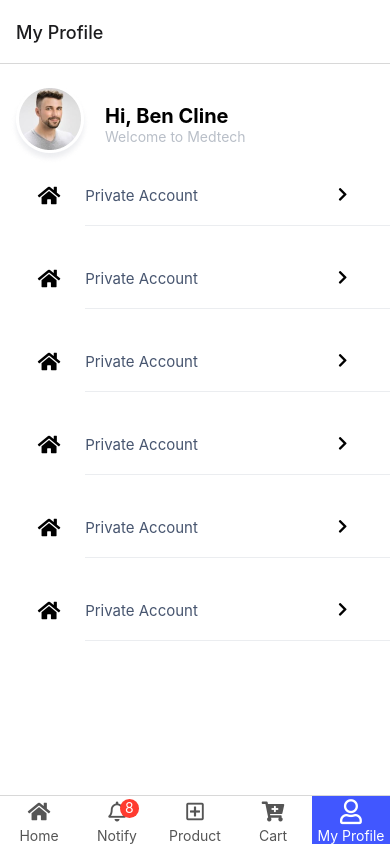
Repository: ntu34543/designReactNative
Screen: /My Profile
These files come from the project's save history. The screen is drawn as it stood at one moment and after the next save; the edit follows.
The app was drawn by React Native's web renderer in a window 390 px wide. The project was rebuilt for these pictures with package versions that can differ from the ones it lists, and the page was loaded fresh each time. Also part of the build but not shown: page/DiabetesCare.js, page/Notify.js, page/Cart.js.

Above is the screen before, as saved 2022-11-02 10:57:06.

### App.js
import { StatusBar } from "expo-status-bar";
import { StyleSheet, Text, View, Pressable, TabBarIOSItem } from "react-native";
import { NavigationContainer } from "@react-navigation/native";
import { createStackNavigator } from "@react-navigation/stack";
import ScreenA from "./page/Home";
import ScreenB from "./page/DiabetesCare";
import Profile from "./page/Profile";
import Notify from "./page/Notify";
import Cart from "./page/Cart";
import FontAwesome5 from "react-native-vector-icons/FontAwesome5";
import { createBottomTabNavigator } from "@react-navigation/bottom-tabs";

const Tab = createBottomTabNavigator();
const Stack = createStackNavigator();
// const Tab = createStackNavigator();
export default function App() {
  return (
    <NavigationContainer>
      <Tab.Navigator
        // screenOptions={{ header: () => null }}
        screenOptions={({ route }) => ({
          tabBarIcon: ({ focused, size, color }) => {
            let iconName;
            if (route.name === "Home") {
              iconName = "home";
              size = focused ? 25 : 20;
              // color = focused ? "#f0f" : "#555";
            } else if (route.name === "Product") {
              iconName = "plus-square";
              size = focused ? 25 : 20;
              // color = focused ? "#f0f" : "#555";
            } else if (route.name === "My Profile") {
              iconName = "user";
              size = focused ? 25 : 20;
              // color = focused ? "#f0f" : "#555";
            } else if (route.name === "Notify") {
              iconName = "bell";
              size = focused ? 25 : 20;
              // color = focused ? "#f0f" : "#555";
            } else if (route.name === "Cart") {
              iconName = "cart-plus";
              size = focused ? 25 : 20;
              // color = focused ? "#f0f" : "#555";
            }
            return <FontAwesome5 name={iconName} size={size} color={color} />;
          },
        })}
        tabBarOptions={{
          activeTintColor: "white",
          activeBackgroundColor: "#4157ff",
          inactiveTintColor: "#555",
          inactiveBackgroundColor: "white",
          showLabel: true,
          labelStyle: { fontSize: 14 },
        }}
      >
        <Tab.Screen
          name="Home"
          component={ScreenA}
          // options={{ tabBarBadge: 3 }}
        />
        {/* options={{header: () => null}} */}
        <Tab.Screen name="Notify" options={{ tabBarBadge: 8 }} component={Notify} />
        <Tab.Screen name="Product" component={ScreenB} />
        <Tab.Screen name="Cart" component={Cart} />
        <Tab.Screen name="My Profile" component={Profile} />
      </Tab.Navigator>
    </NavigationContainer>
  );
}

### page/Home.js
import { StatusBar } from "expo-status-bar";
import { StyleSheet, Text, View, Pressable } from "react-native";

export default function ScreenA({ navigation }) {
  const onPressHandler = () => {
    navigation.navigate("Screen_B");
    // navigation.replace("Screen_B");
  };
  return (
    <View style={styles.body}>
      <Text style={styles.text}>Home</Text>
      <Pressable
        onPress={onPressHandler}
        style={({ pressed }) => ({
          backgroundColor: pressed ? "#ddd" : "#0f0",
        })}
      >
        <Text style={styles.text}>Go to the Screen B</Text>
      </Pressable>
    </View>
  );
}

const styles = StyleSheet.create({
  body: {
    flex: 1,
    justifyContent: "center",
    alignItems: "center",
  },
  text: {
    fontSize: 30,
    fontWeight: "bold",
  },
});

### page/Profile.js
import { useState } from "react";
import { StatusBar } from "expo-status-bar";
import {
  StyleSheet,
  Text,
  View,
  Pressable,
  Image,
  ScrollView,
  FlatList,
  SafeAreaView,
} from "react-native";
import FontAwesome5 from "react-native-vector-icons/FontAwesome5";

export default function Profile({ navigation }) {
  const onPressHandler = () => {
    navigation.navigate("Screen_A");
    // navigation.goBack();
  };
  return (
    <View style={styles.body}>
      <View style={styles.header}>
        <Image
          style={styles.image}
          source={require("../assets/img/profile.png")}
        />
        <View style={styles.inf}>
          <Text style={styles.text1}>Hi, Ben Cline</Text>
          <Text style={styles.text2}>Welcome to Medtech</Text>
        </View>
      </View>
      <View style={styles.main}>
        <View style={styles.block}>
          <FontAwesome5 name="home" size={20} style={styles.iconHome} />
          <View style={styles.item}>
            <Text style={styles.text3}>Private Account</Text>
            <FontAwesome5 name="chevron-right" size={15} color="black" style={styles.iconChevron} />
          </View>
        </View>
        <View style={styles.block}>
          <FontAwesome5 name="home" size={20} style={styles.iconHome} />
          <View style={styles.item}>
            <Text style={styles.text3}>Private Account</Text>
            <FontAwesome5 name="chevron-right" size={15} color="black" style={styles.iconChevron} />
          </View>
        </View>
        <View style={styles.block}>
          <FontAwesome5 name="home" size={20} style={styles.iconHome} />
          <View style={styles.item}>
            <Text style={styles.text3}>Private Account</Text>
            <FontAwesome5 name="chevron-right" size={15} color="black" style={styles.iconChevron} />
          </View>
        </View>
        <View style={styles.block}>
          <FontAwesome5 name="home" size={20} style={styles.iconHome} />
          <View style={styles.item}>
            <Text style={styles.text3}>Private Account</Text>
            <FontAwesome5 name="chevron-right" size={15} color="black" style={styles.iconChevron} />
          </View>
        </View>
        <View style={styles.block}>
          <FontAwesome5 name="home" size={20} style={styles.iconHome} />
          <View style={styles.item}>
            <Text style={styles.text3}>Private Account</Text>
            <FontAwesome5 name="chevron-right" size={15} color="black" style={styles.iconChevron} />
          </View>
        </View>
        <View style={styles.block}>
          <FontAwesome5 name="home" size={20} style={styles.iconHome} />
          <View style={styles.item}>
            <Text style={styles.text3}>Private Account</Text>
            <FontAwesome5 name="chevron-right" size={15} color="black" style={styles.iconChevron} />
          </View>
        </View>
      </View>
    </View>
  );
}

const styles = StyleSheet.create({
  body: {
    flex: 1,
    backgroundColor: "white",
    paddingLeft: 10,
    paddingRight: 0,
  },
  text: {
    fontSize: 30,
    fontWeight: "bold",
  },
  header: {
    flexDirection: "row",
    alignItems: "center",
    marginTop: 20,
  },
  inf: {
    marginLeft: 15,
  },
  image: {},
  text1: {
    fontWeight: "bold",
    fontSize: 20,
  },
  text2: {
    fontWeight: "light",
    fontSize: 14,
    color: "#b9bfc8",
  },
  main: {},
  block: {
    flexDirection: "row",
    alignItems: "center",
    justifyContent: "center",
    padding: 20,
  },
  item: {
    flexDirection: "row",
    borderBottomWidth: 1,
    borderBottomColor: "#091C3F14",
    marginLeft: 25,
    alignItems: "center",
    paddingRight: 45,
    paddingBottom: 20,
  },
  text3: {
    color: "#091C3FBF",
    fontWeight: "light",
    fontSize: 15,
  },
  iconChevron : {
    paddingLeft: 140,
  },
  iconHome: {
    marginLeft: 30,
    paddingBottom: 20,
  }
});

After the next save:
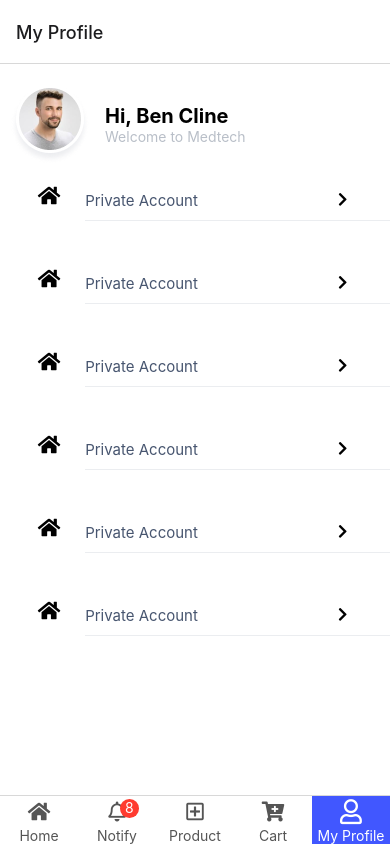
Saved 19 s later.
--- a/page/Profile.js
+++ b/page/Profile.js
@@ -120,7 +120,7 @@
     marginLeft: 25,
     alignItems: "center",
     paddingRight: 45,
-    paddingBottom: 20,
+    paddingBottom: 10,
   },
   text3: {
     color: "#091C3FBF",

After the save that followed:
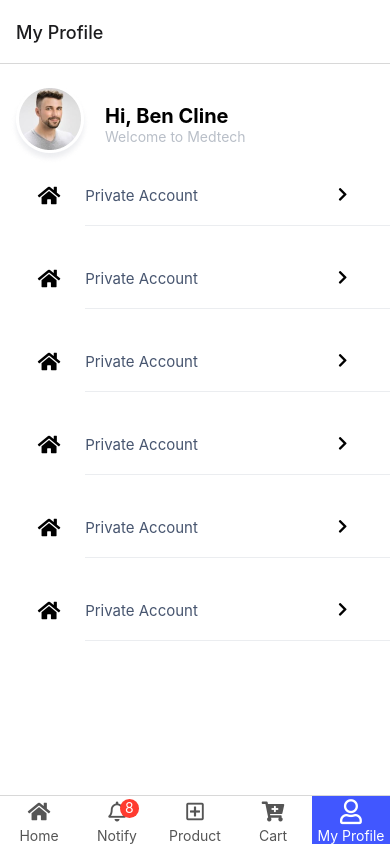
Saved 4 s later.
--- a/page/Profile.js
+++ b/page/Profile.js
@@ -120,7 +120,7 @@
     marginLeft: 25,
     alignItems: "center",
     paddingRight: 45,
-    paddingBottom: 10,
+    paddingBottom: 20,
   },
   text3: {
     color: "#091C3FBF",
